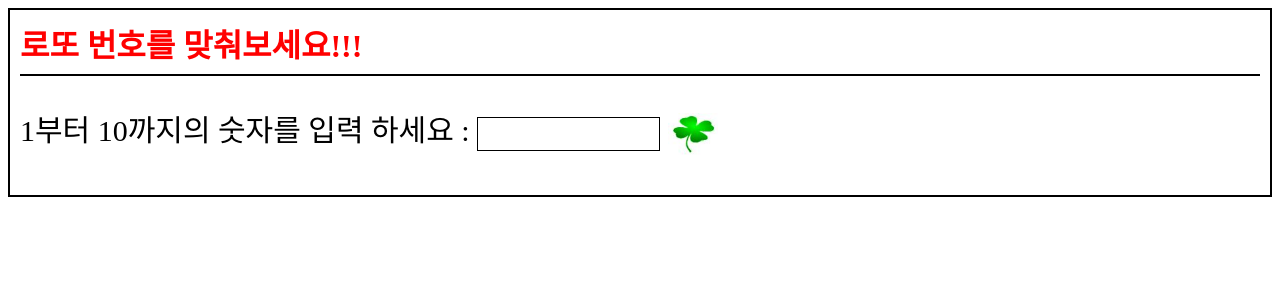
Repository: kdg0109/multicampus_course
Page: web course/workspace_web/edu/WebContent/htmlexam/images/lotto.html
These files come from the project's save history. The page is drawn as it stood at one moment and after the next save; the edit follows.
The browser window is 1280 px wide. The pictures show the whole page.

Above is the page before, as saved 2018-02-02 08:26:08.

After the next save:
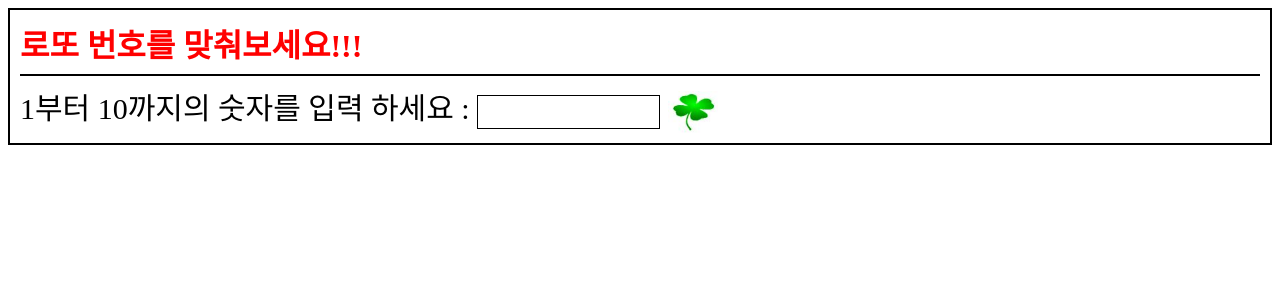
Saved 77 s later.
--- a/web course/workspace_web/edu/WebContent/htmlexam/images/lotto.html
+++ b/web course/workspace_web/edu/WebContent/htmlexam/images/lotto.html
@@ -38,10 +38,10 @@
 	<h1>로또 번호를 맞춰보세요!!!</h1>
 	<hr>
 	<form method="get" action="#">
-	<p>
+
 		1부터 10까지의 숫자를 입력 하세요 : <input type="text" name = "name" id = "nameid" required>
      </center><input type="image" id = "imageid" src= "images/happy.JPG">
-     </p>
+
 	</form>
 </body>
 </html>
